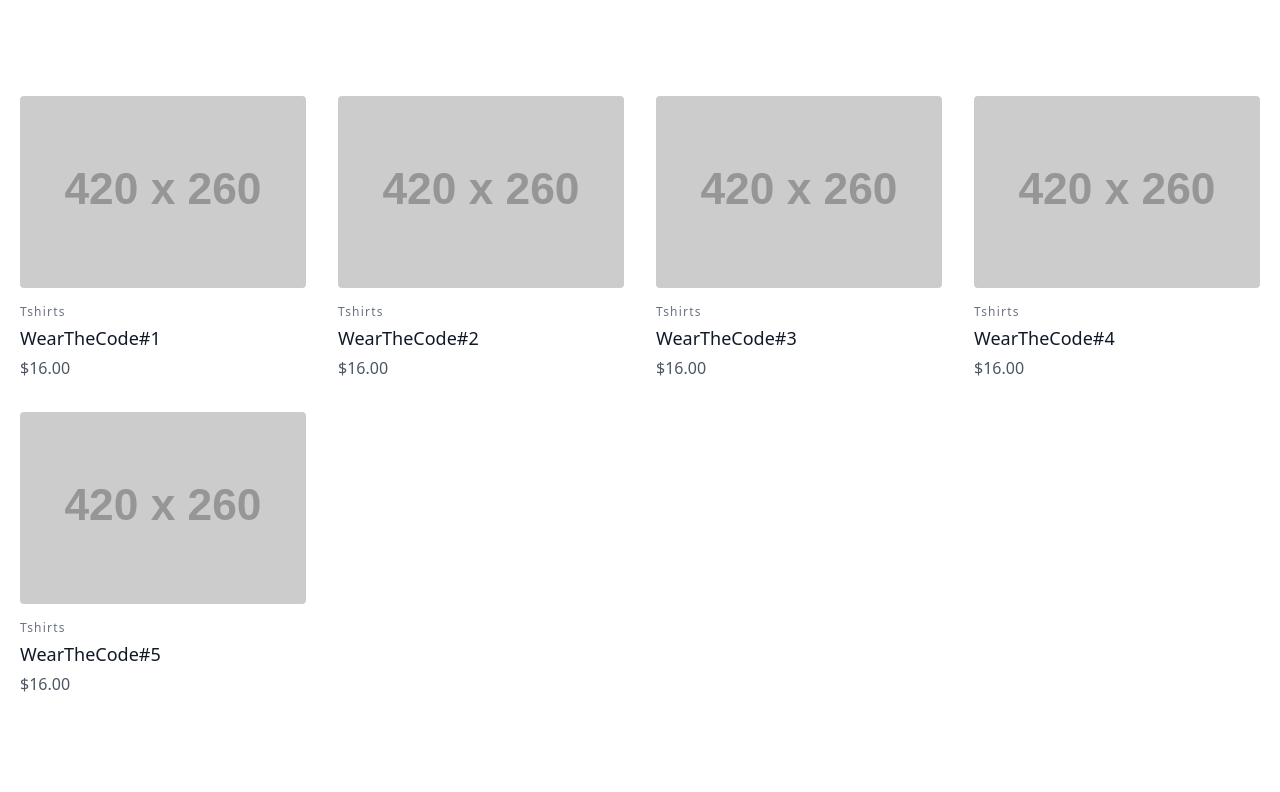
Repository: PrasadSSPBK/Tshirts-HoodiesFiltering
Page: /
These files come from the project's save history. The page is drawn as it stood at one moment and after the next save; the edit follows.
The browser window is 1280 px wide. The pictures show the whole page.
The project was rebuilt for these pictures with package versions that can differ from the ones it lists, and the page was loaded fresh each time. The framework's server and built-in components were replaced by stand-ins that run in the browser. Requests to the local data server were answered from the project's data file. Also part of the build but not shown: next.config.js.

Above is the page before, as saved 2022-10-12 15:32:57.

After the next save:
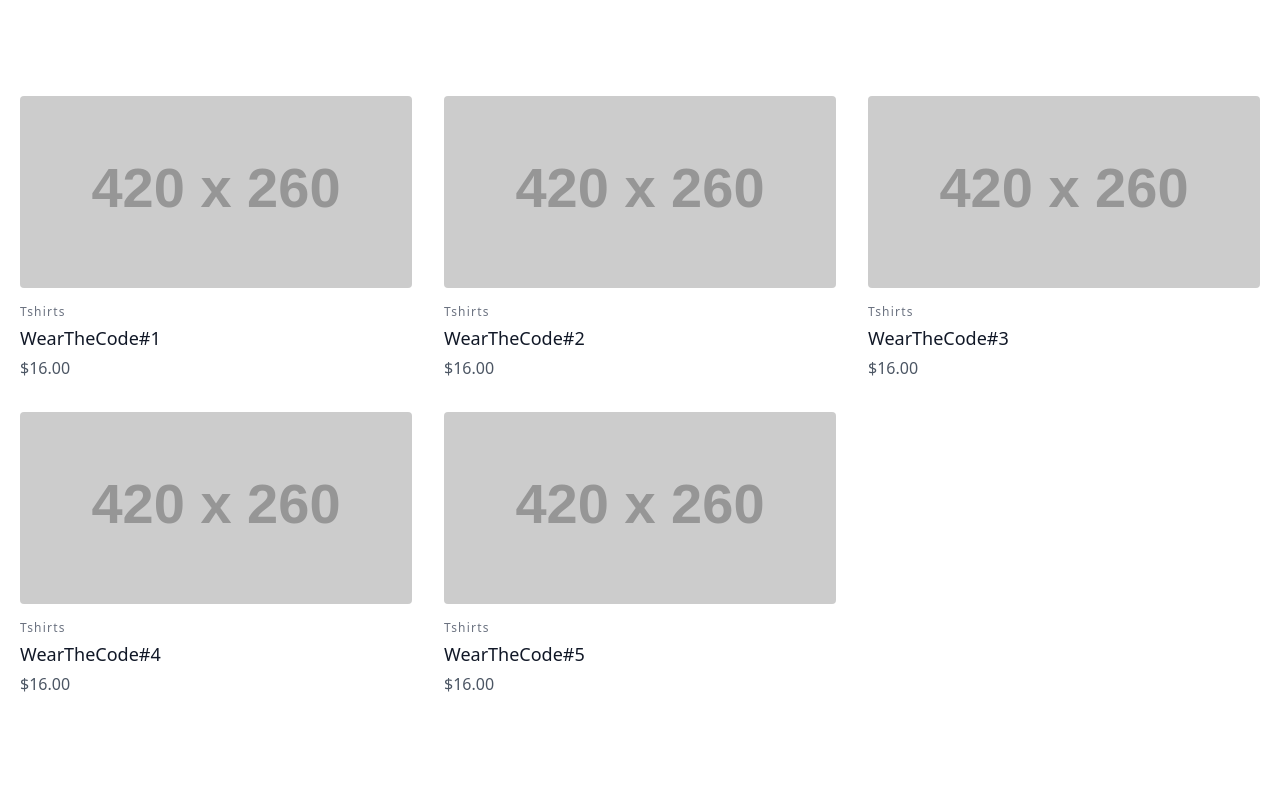
Saved 14 s later.
--- a/pages/index.js
+++ b/pages/index.js
@@ -19,7 +19,7 @@ export default function Home({ data }) {
           {data.map((item) => {
             return (
 
-              <div key={item.id} className="lg:w-1/4 md:w-1/2 p-4 w-full">
+              <div key={item.id} className="lg:w-1/3 md:w-1/2 p-4 w-full">
                 <a className="block relative h-48 rounded overflow-hidden">
                   <img alt="ecommerce" className="object-cover object-center w-full h-full block" src="https://dummyimage.com/420x260" />
                 </a>
